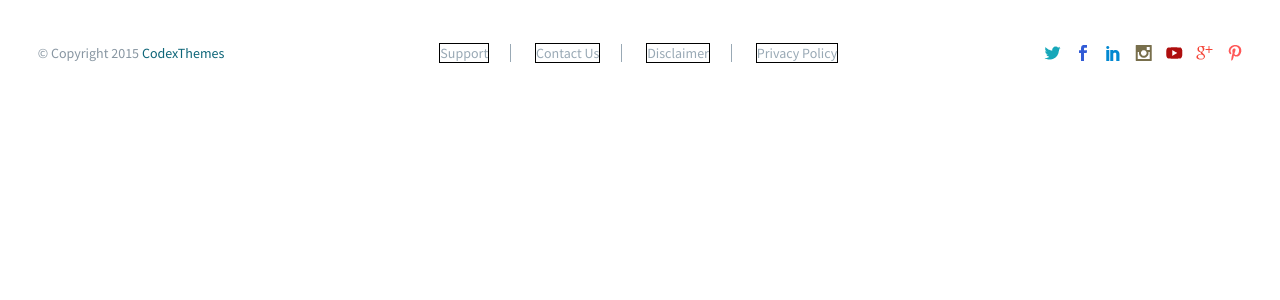
Repository: flylessbird/shop_cart
Page: html/footer.html
An editor plug-in stored every save of this project. The page is shown before and after a run of saves, followed by the edit.
The browser window is 1280 px wide. The pictures show the whole page.
The style sheet was rebuilt from its Sass, Less or Tailwind sources for each picture, by a compiler version that may differ from the author's.

Above is the page before, as saved 2022-05-10 15:42:20.

### html/footer.html
<!DOCTYPE html>
<html lang="en">
  <head>
    <meta charset="UTF-8" />
    <meta http-equiv="X-UA-Compatible" content="IE=edge" />
    <meta name="viewport" content="width=device-width, initial-scale=1.0" />
    <title>Document</title>
    <link
      href="https://fonts.googleapis.com/css2?family=Montserrat:wght@200;700&family=Source+Sans+Pro:wght@300;400&display=swap"
      rel="stylesheet"
    />
    <link rel="stylesheet" href="/css/footer.css" />
  </head>
  <body>
    <footer class="ft">
      <div class="text">
        <span class="copy">&copy; Copyright 2015</span>
        <span class="theme">CodexThemes</span>
      </div>
      <ul class="ft_option">
        <li><a href="#">support</a></li>
        <li><a href="#">contact us</a></li>
        <li><a href="#">disclaimer</a></li>
        <li><a href="#">privacy policy</a></li>
      </ul>
      <img src="/img/social.png" alt="" />
    </footer>
  </body>
</html>

### css/footer.scss
@import "reset";
@import "var";
@import "mixin";
.ft {
  display: flex;
  font-size: 14px;
  justify-content: center;
  align-items: center;
  padding: 44px 0;
  .text {
    .copy {
      color: $grey_copy;
    }
    .theme {
      color: $blue_theme;
    }
  }
  .ft_option {
    margin-left: 194px;
    li {
      padding: 0 21px;
    //   border: 1px solid #000;
      list-style-type: none;
      display: inline-block;
      &:not(:nth-child(4)) {
        border-right: 1px solid $grey_ava;
      }
      a {
        color: $grey_ava;
        border: 1px solid #000;
        text-decoration: none;
      }
    }
  }
  img {
    margin-left: 185px;
  }
}

### css/_reset.scss
* {
  box-sizing: border-box;
  margin: 0;
  padding: 0;
}
body {
  text-transform: capitalize;
  font-size: 16px;
  font-family: "Source Sans Pro", sans-serif;
}
h2 {
  font-family: "Montserrat", sans-serif;
  font-weight: 200;
  font-size: 36px;
  text-transform: uppercase;
  margin-bottom: 55px;
}

### css/_var.scss
$blue: #00bcd4;
$blue_theme: #0d6578;
$grey_nav: #3c3950;
$grey_bd: #dfe5e8;
$grey_bg_total: #f0f3f2;
$grey_text_total: #72838e;
// $grey_input_total: #b6c6c9;
$grey_input_ship: #adbac4;
$grey_card_text: #b4bdc3;
$grey_radio: #b6c6c9;
$grey_square: #f0f3f2;
$grey_ava: #99a9b5;
$grey_copy: #8896a2;
$white: white;
$black: #393d50;
$black_bg_ft: #181828;
$red: red;
$grey_info: #cfd7dc;
$grey_price: #cbcad0;
$grey_item: #afb9be;
$grey_bg_input: #f5f7f6;
$blue_hover: #3498db;

### css/_mixin.scss
@mixin circle($s) {
  width: $s;
  height: $s;
  border-radius: 50%;
}

After the next 4 saves:
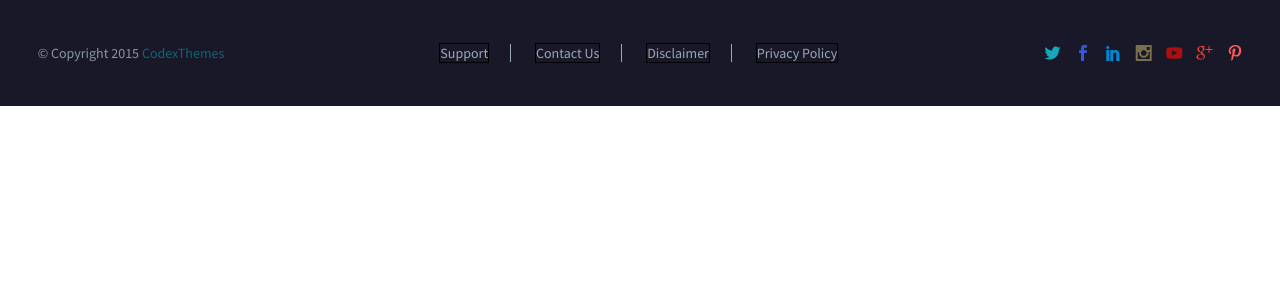
The 4 saves are shown as one change because 1 did not build or start and some came seconds apart.
The last was saved 27 s later.
--- a/css/footer.scss
+++ b/css/footer.scss
@@ -7,6 +7,7 @@
   justify-content: center;
   align-items: center;
   padding: 44px 0;
+  background: $black_bg_ft;
   .text {
     .copy {
       color: $grey_copy;
